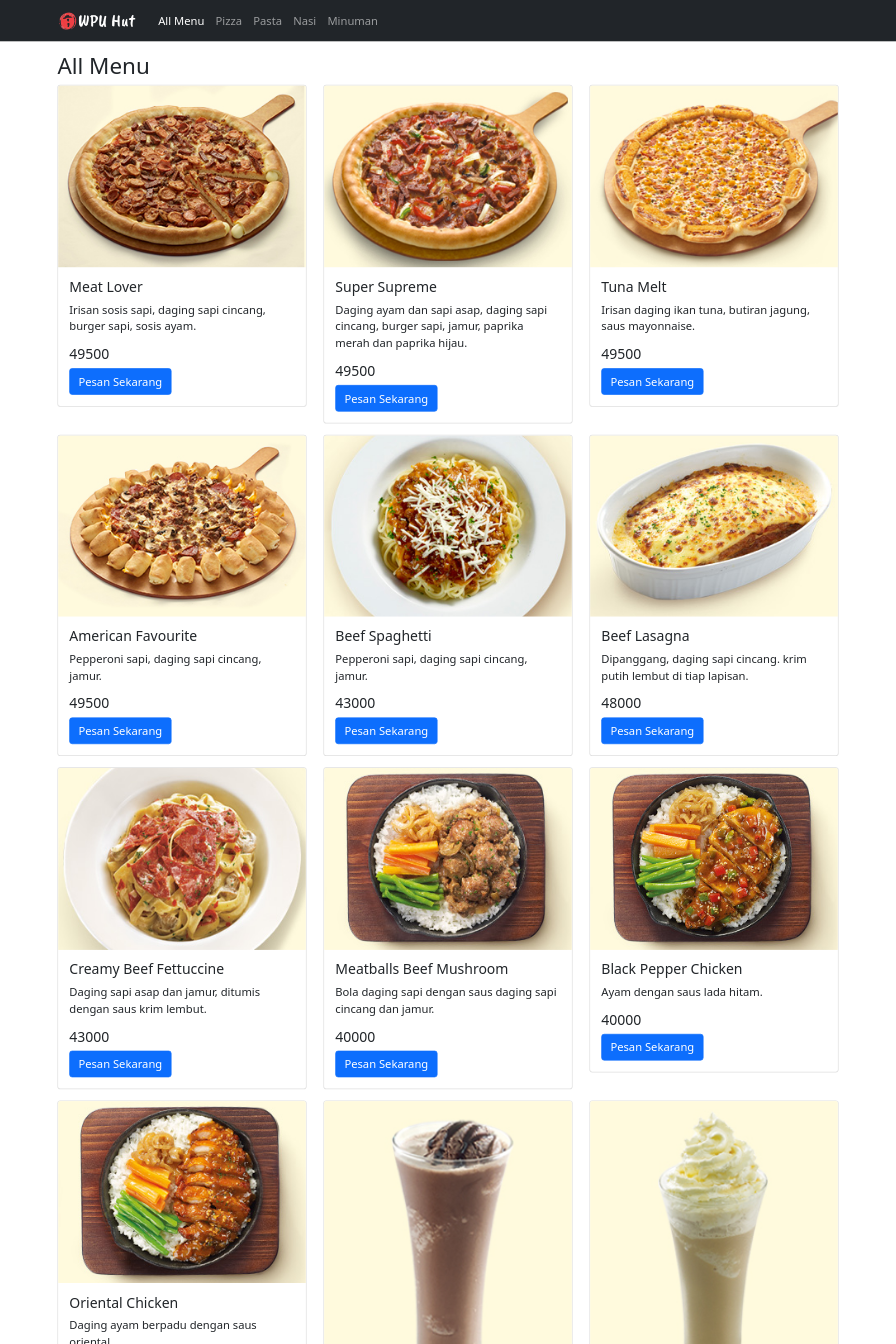
Repository: bayukembara/RESTAPI
Page: latihan2.html
The author's editor kept a copy of each file at every save. The page is drawn from the files as they stood at one save, then again after the next save.
The browser window is 1280 px wide. The pictures show the part of the page from y = 0 to 1920 px (the page is 2815 px tall before and 720 px after), at 70% of full size.
Some web libraries are served in a nearby version.

Above is the page before, as saved 2022-04-29 13:45:49.

### latihan2.html
<!doctype html>
<html lang="en">

  <head>
    <!-- Required meta tags -->
    <meta charset="utf-8">
    <meta name="viewport" content="width=device-width, initial-scale=1">

    <!-- Bootstrap CSS -->
    <link href="https://cdn.jsdelivr.net/npm/bootstrap@5.1.3/dist/css/bootstrap.min.css" rel="stylesheet"
      integrity="sha384-1BmE4kWBq78iYhFldvKuhfTAU6auU8tT94WrHftjDbrCEXSU1oBoqyl2QvZ6jIW3" crossorigin="anonymous">

    <title>B-Hut</title>
  </head>

  <body>
    <!-- Navbar -->
    <nav class="navbar navbar-expand-lg navbar-dark bg-dark">
      <div class="container">
        <a class="navbar-brand" href="#"><img src="data\logo.png" alt="" width="120px"></a>
        <button class="navbar-toggler" type="button" data-bs-toggle="collapse" data-bs-target="#navbarSupportedContent"
          aria-controls="navbarSupportedContent" aria-expanded="false" aria-label="Toggle navigation">
          <span class="navbar-toggler-icon"></span>
        </button>
        <div class="collapse navbar-collapse" id="navbarSupportedContent">
          <ul class="navbar-nav me-auto mb-2 mb-lg-0">
            <li class="nav-item">
              <a class="nav-link active" aria-current="page" href="#">All Menu</a>
            </li>
            <li class="nav-item">
              <a class="nav-link" aria-current="page" href="#">Pizza</a>
            </li>
            <li class="nav-item">
              <a class="nav-link" aria-current="page" href="#">Pasta</a>
            </li>
            <li class="nav-item">
              <a class="nav-link" aria-current="page" href="#">Nasi</a>
            </li>
            <li class="nav-item">
              <a class="nav-link" aria-current="page" href="#">Minuman</a>
            </li>
          </ul>
        </div>
      </div>
    </nav>
    <!-- End Nav bar -->

    <!-- Content -->
    <div class="container">
      <div class="row mt-3">
        <div class="col">
          <h2>All Menu</h2>
        </div>
      </div>
      <div class="row" id="daftar-menu">
      </div>
    </div>
    <!-- End Content -->
    <!-- Optional JavaScript; choose one of the two! -->
    <script src="https://code.jquery.com/jquery-3.6.0.js"
      integrity="sha256-H+K7U5CnXl1h5ywQfKtSj8PCmoN9aaq30gDh27Xc0jk=" crossorigin="anonymous"></script>

    <!-- Option 1: Bootstrap Bundle with Popper -->
    <script src="https://cdn.jsdelivr.net/npm/bootstrap@5.1.3/dist/js/bootstrap.bundle.min.js"
      integrity="sha384-ka7Sk0Gln4gmtz2MlQnikT1wXgYsOg+OMhuP+IlRH9sENBO0LRn5q+8nbTov4+1p" crossorigin="anonymous">
    </script>

    <!-- Option 2: Separate Popper and Bootstrap JS -->

    <script src="https://cdn.jsdelivr.net/npm/@popperjs/core@2.10.2/dist/umd/popper.min.js"
      integrity="sha384-7+zCNj/IqJ95wo16oMtfsKbZ9ccEh31eOz1HGyDuCQ6wgnyJNSYdrPa03rtR1zdB" crossorigin="anonymous">
    </script>
    <script src="https://cdn.jsdelivr.net/npm/bootstrap@5.1.3/dist/js/bootstrap.min.js"
      integrity="sha384-QJHtvGhmr9XOIpI6YVutG+2QOK9T+ZnN4kzFN1RtK3zEFEIsxhlmWl5/YESvpZ13" crossorigin="anonymous">
    </script>
    <script src="getmenu.js"></script>

  </body>

</html>

### getmenu.js
$.getJSON('data/menu.json', function (data) {
  let menu = data.menu;
  $.each(menu, function (i, data) {
    $('#daftar-menu').append('<div class="col-md-4"><div class="card mb-3"><img src="data/pizza/'+ data.gambar +'" class="card-img-top" alt="..."><div class="card-body"><h5 class="card-title">'+ data.nama +'</h5><p class="card-text">'+ data.deskripsi +'</p><h5 class="card-title">'+ data.harga +'</h5><a href="#" class="btn btn-primary">Pesan Sekarang</a></div></div></div>')
  })
})

$('.nav-link').on('click', function () {
  $('.nav-link').removeClass('active');
  $(this).addClass('active');

  let cate = $(this).html();
  $('h2').html(cate);

  $.getJSON('data/menu.json', function (data) {
    let menu = data.menu;
    let content = '';

    $.each(menu, function (i, data) {
      if (data.kategori == cate.toLowerCase()) {
        content += '<div class="col-md-4"><div class="card mb-3"><img src="data/pizza/' + data.gambar + '" class="card-img-top" alt="..."><div class="card-body"><h5 class="card-title">' + data.nama + '</h5><p class="card-text">' + data.deskripsi + '</p><h5 class="card-title">' + data.harga + '</h5><a href="#" class="btn btn-primary">Pesan Sekarang</a></div></div></div>'
      }
    });
  $('#daftar-menu').html(content);
  });
});

### menu.json
{
  "menu": [
    {
      "kategori": "pizza",
      "nama": "Meat Lover",
      "deskripsi": "Irisan sosis sapi, daging sapi cincang, burger sapi, sosis ayam.",
      "harga": 49500,
      "gambar": "meat-lover.jpg"
    },
    {
      "kategori": "pizza",
      "nama": "Super Supreme",
      "deskripsi": "Daging ayam dan sapi asap, daging sapi cincang, burger sapi, jamur, paprika merah dan paprika hijau.",
      "harga": 49500,
      "gambar": "supreme.jpg"
    },
    {
      "kategori": "pizza",
      "nama": "Tuna Melt",
      "deskripsi": "Irisan daging ikan tuna, butiran jagung, saus mayonnaise.",
      "harga": 49500,
      "gambar": "tuna-melt.jpg"
    },
    {
      "kategori": "pizza",
      "nama": "American Favourite",
      "deskripsi": "Pepperoni sapi, daging sapi cincang, jamur.",
      "harga": 49500,
      "gambar": "american-favourite.jpg"
    },
    {
      "kategori": "pasta",
      "nama": "Beef Spaghetti",
      "deskripsi": "Pepperoni sapi, daging sapi cincang, jamur.",
      "harga": 43000,
      "gambar": "beef-spaghetti.jpg"
    },
    {
      "kategori": "pasta",
      "nama": "Beef Lasagna",
      "deskripsi": "Dipanggang, daging sapi cincang. krim putih lembut di tiap lapisan.",
      "harga": 48000,
      "gambar": "beef-lasagna.jpg"
    },
    {
      "kategori": "pasta",
      "nama": "Creamy Beef Fettuccine",
      "deskripsi": "Daging sapi asap dan jamur, ditumis dengan saus krim lembut.",
      "harga": 43000,
      "gambar": "creamy-beef-fettuccine.jpg"
    },
    {
      "kategori": "nasi",
      "nama": "Meatballs Beef Mushroom",
      "deskripsi": "Bola daging sapi dengan saus daging sapi cincang dan jamur.",
      "harga": 40000,
      "gambar": "meatballs-beef-mushroom.jpg"
    },
    {
      "kategori": "nasi",
      "nama": "Black Pepper Chicken",
      "deskripsi": "Ayam dengan saus lada hitam.",
      "harga": 40000,
      "gambar": "black-pepper-chicken.jpg"
    },
    {
      "kategori": "nasi",
      "nama": "Oriental Chicken",
      "deskripsi": "Daging ayam berpadu dengan saus oriental.",
      "harga": 40000,
      "gambar": "oriental-chicken.jpg"
    },
    {
      "kategori": "minuman",
      "nama": "Choco Mint",
      "deskripsi": "",
      "harga": 24000,
      "gambar": "choco-mint.jpg"
    },
    {
      "kategori": "minuman",
      "nama": "Toffee Coffee",
      "deskripsi": "",
      "harga": 24000,
      "gambar": "toffee-coffee.jpg"
    },
    {
      "kategori": "minuman",
      "nama": "Green Tea Shake",
      "deskripsi": "",
      "harga": 24000,
      "gambar": "green-tea-shake.jpg"
    },
    {
      "kategori": "minuman",
      "nama": "Strawberry Milkshake",
      "deskripsi": "",
      "harga": 24000,
      "gambar": "strawberry-milkshake.jpg"
    },
    {
      "kategori": "minuman",
      "nama": "Chocolate Milkshake",
      "deskripsi": "",
      "harga": 24000,
      "gambar": "chocolate-milkshake.jpg"
    }
  ]
}

After the next save:
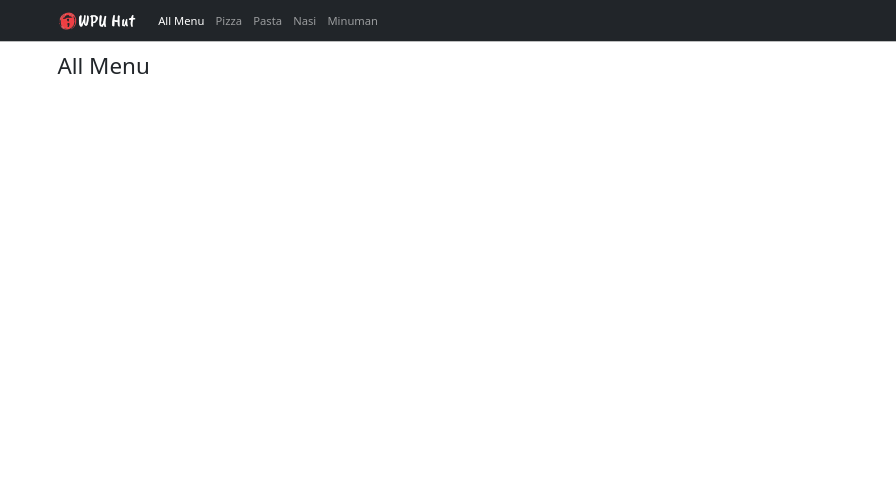
Saved 74 s later.
--- a/getmenu.js
+++ b/getmenu.js
@@ -1,9 +1,11 @@
-$.getJSON('data/menu.json', function (data) {
+function allmenu() {
+  $.getJSON('data/menu.json', function (data) {
   let menu = data.menu;
   $.each(menu, function (i, data) {
     $('#daftar-menu').append('<div class="col-md-4"><div class="card mb-3"><img src="data/pizza/'+ data.gambar +'" class="card-img-top" alt="..."><div class="card-body"><h5 class="card-title">'+ data.nama +'</h5><p class="card-text">'+ data.deskripsi +'</p><h5 class="card-title">'+ data.harga +'</h5><a href="#" class="btn btn-primary">Pesan Sekarang</a></div></div></div>')
   })
 })
+}
 
 $('.nav-link').on('click', function () {
   $('.nav-link').removeClass('active');
@@ -11,6 +13,10 @@
 
   let cate = $(this).html();
   $('h2').html(cate);
+
+  if (cate == 'All Menu') {
+
+  }
 
   $.getJSON('data/menu.json', function (data) {
     let menu = data.menu;

After the 5 saves that followed:
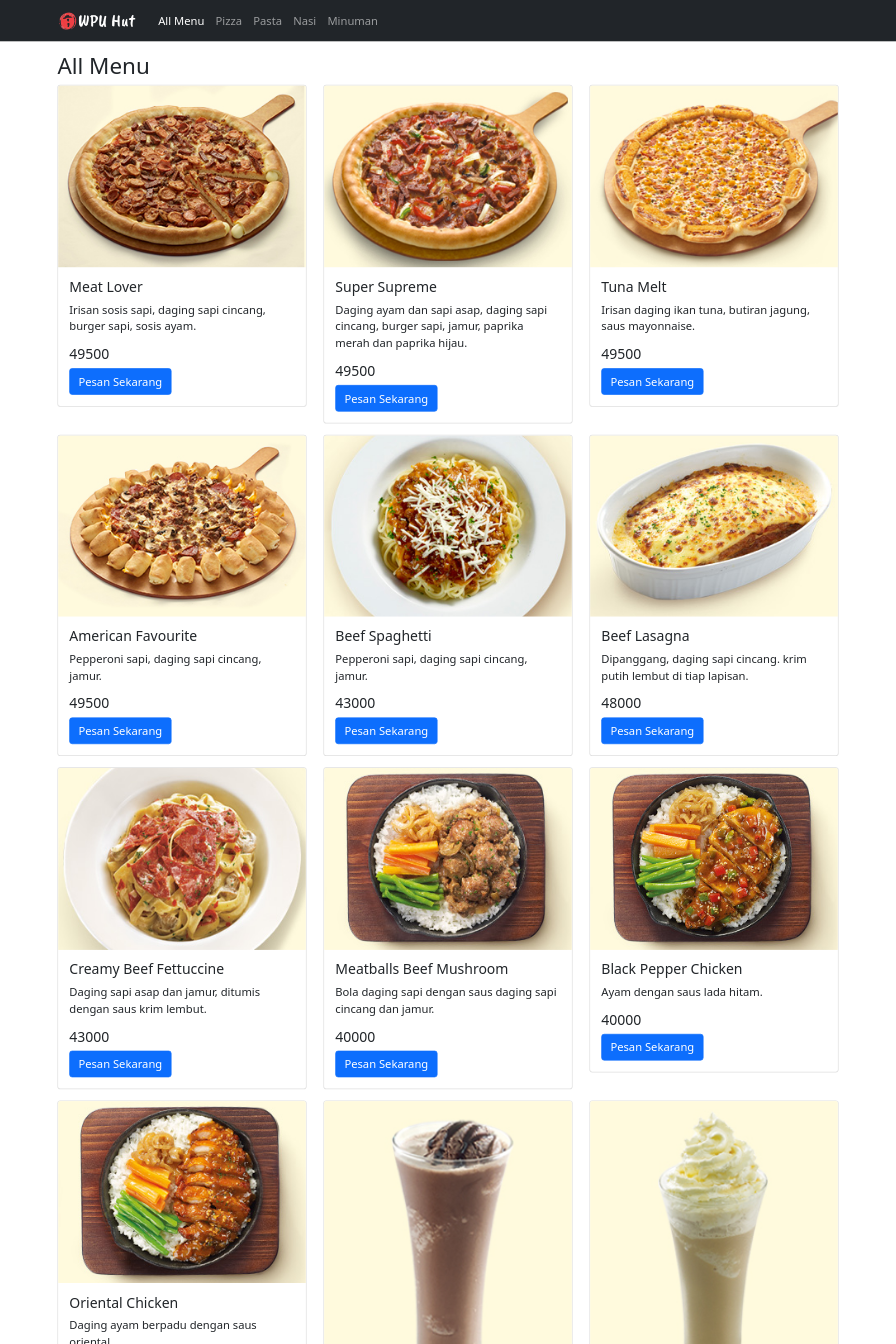
The 5 saves are shown as one change because 3 left the picture as it was and some came seconds apart.
The last was saved 98 s later.
--- a/getmenu.js
+++ b/getmenu.js
@@ -1,4 +1,4 @@
-function allmenu() {
+function allMenu() {
   $.getJSON('data/menu.json', function (data) {
   let menu = data.menu;
   $.each(menu, function (i, data) {
@@ -7,16 +7,14 @@
 })
 }
 
+    allMenu();
+
 $('.nav-link').on('click', function () {
   $('.nav-link').removeClass('active');
   $(this).addClass('active');
 
   let cate = $(this).html();
   $('h2').html(cate);
-
-  if (cate == 'All Menu') {
-
-  }
 
   $.getJSON('data/menu.json', function (data) {
     let menu = data.menu;
